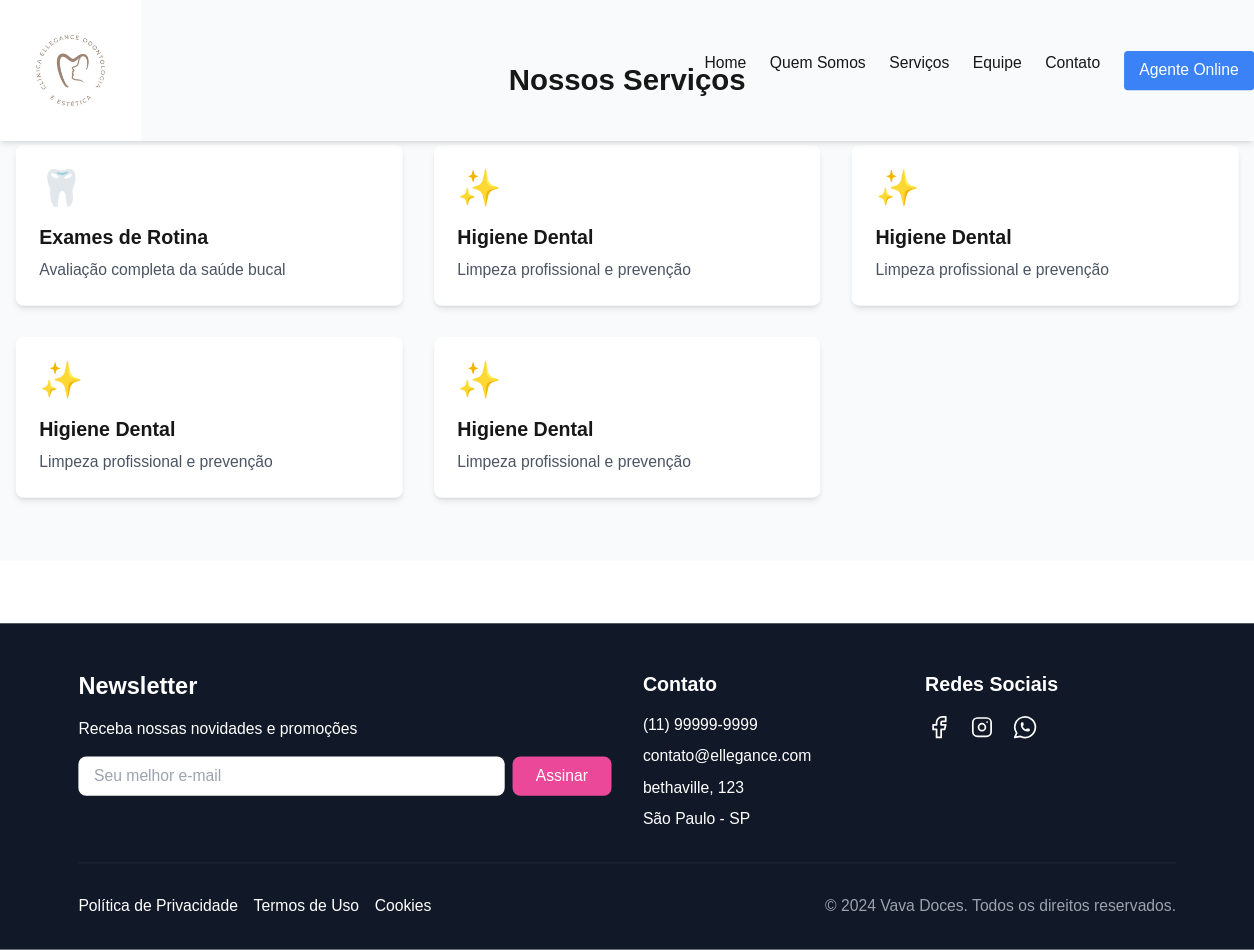
Repository: francisguitt/ellegance_odontologia
Page: /services_
These files come from the project's save history. The page is drawn as it stood at one moment and after a run of saves; the edit follows.
The browser window is 1280 px wide. The pictures show the whole page, at 98% of full size.
The project was rebuilt for these pictures with package versions that can differ from the ones it lists, and the page was loaded fresh each time. The framework's server and built-in components were replaced by stand-ins that run in the browser. Also part of the build but not shown: next.config.mjs.

Above is the page before, as saved 2025-02-22 11:34:34.

After the next 2 saves:
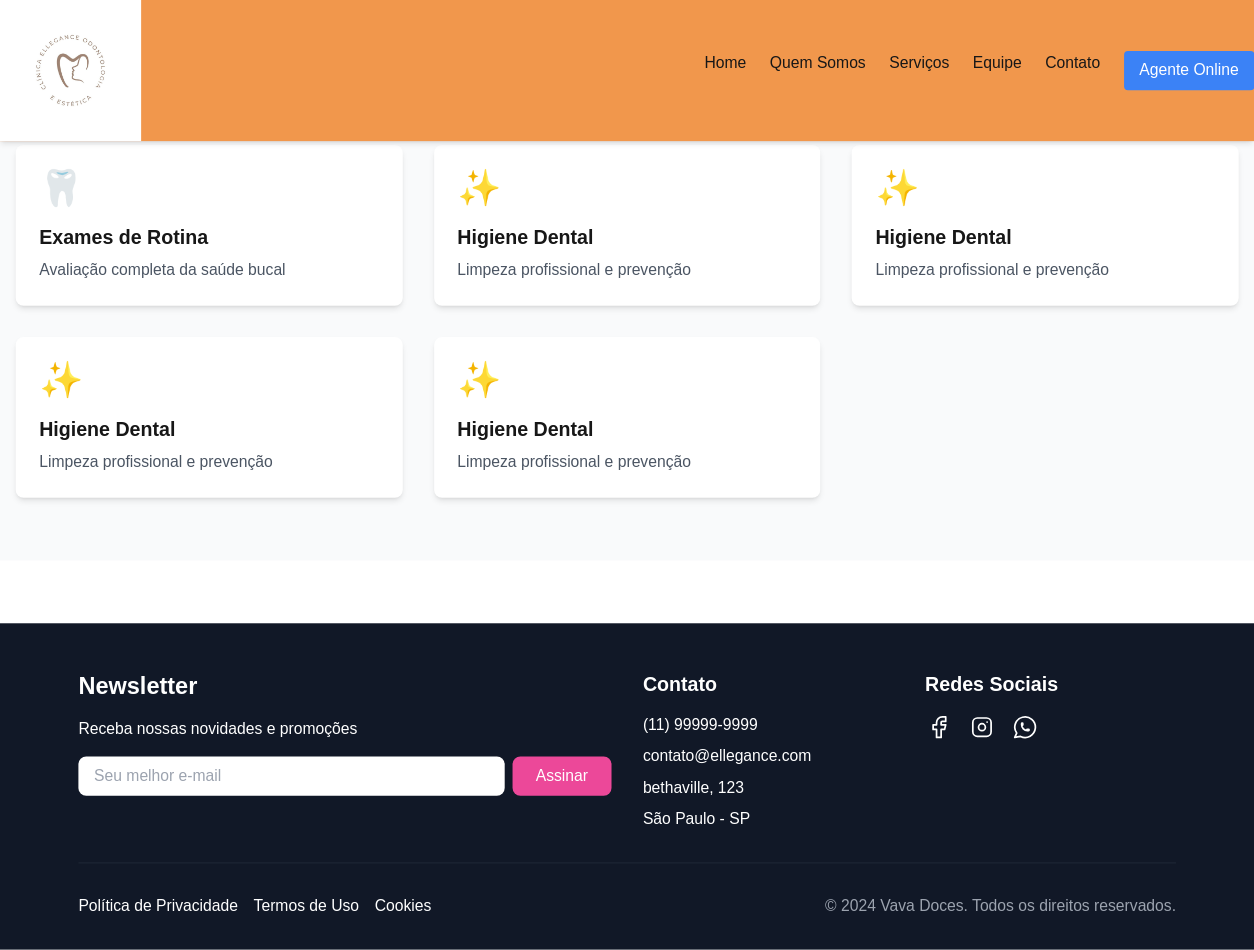
The 2 saves are shown as one change because they came seconds apart.
The last was saved 6 s later.
--- a/src/app/components/header.tsx
+++ b/src/app/components/header.tsx
@@ -24,7 +24,7 @@ const Header = () => {
 
   return (
     <header className="fixed w-full   shadow-md z-50">
-      <div className="container mx-auto bg-[var(--)] flex justify-between items-center  text-center">
+      <div className="container mx-auto bg-[var(--primary-color)] flex justify-between items-center  text-center">
         <div className="logo">
           <Image
             src={logo}
